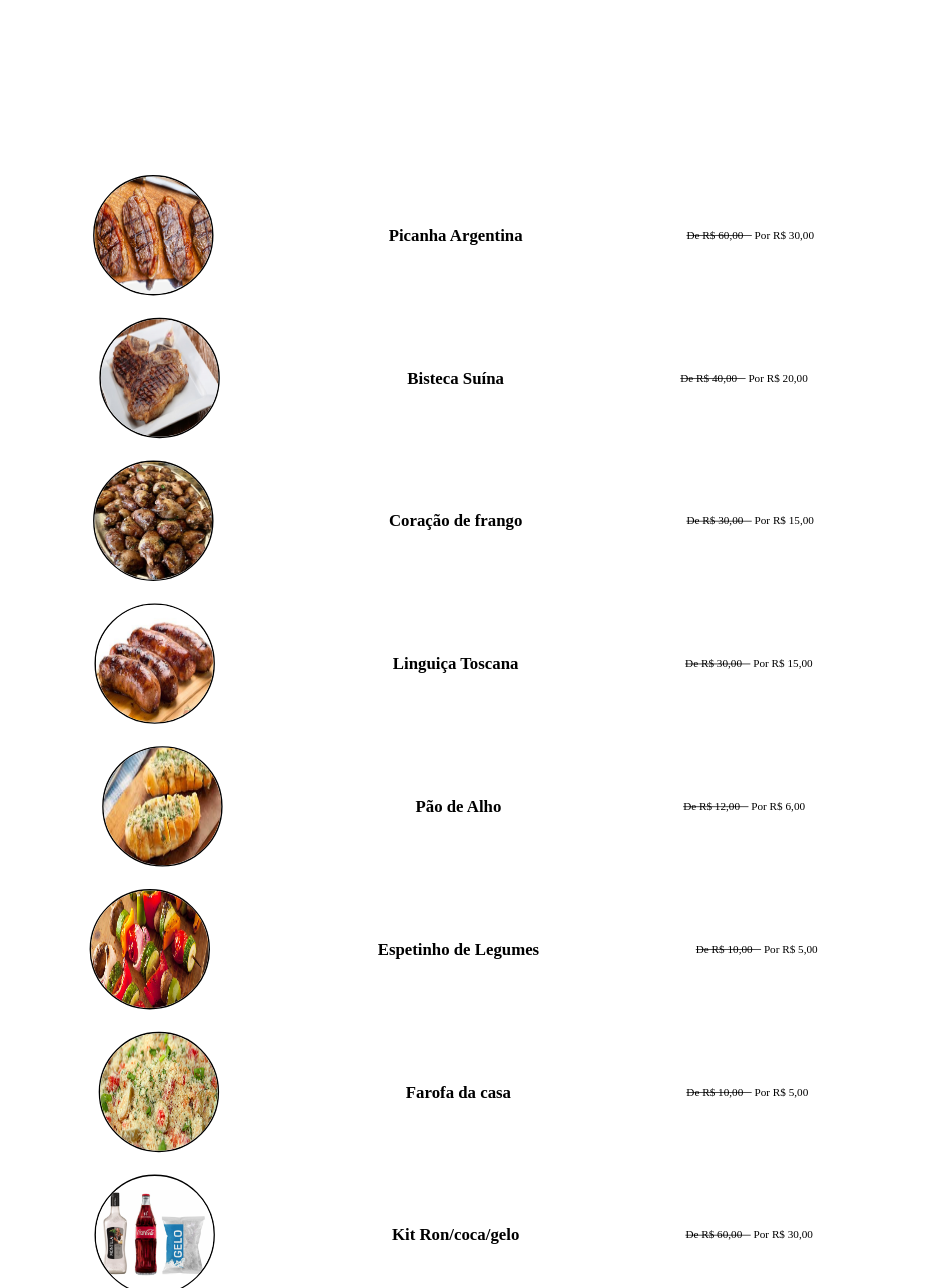
Repository: PauloMarquess/ProjetoBlackFriday
Page: index.html
The author's editor kept a copy of each file at every save. The page is drawn from the files as they stood at one save, then again after the next save.
The browser window is 1280 px wide. The page is 1330 px wide, so the pictures cover 1330 px, including what lies to the right of the window. The pictures show the part of the page from y = 1160 to 3000 px (the page is 3814 px tall before and 4174 px after), at 70% of full size.

Above is the page before, as saved 2021-07-15 19:20:02.

After the next save:
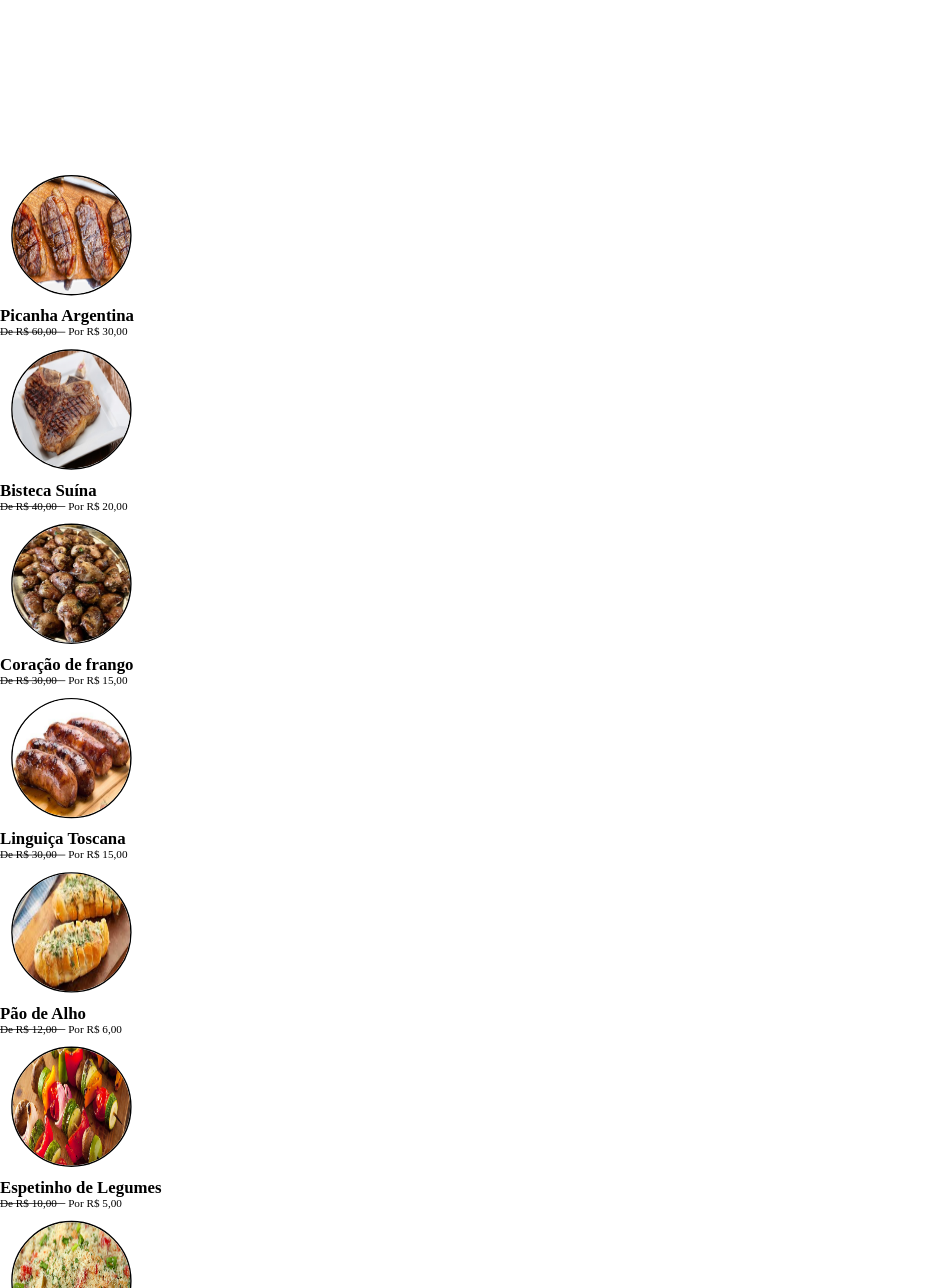
Saved 9 s later.
--- a/css/style.css
+++ b/css/style.css
@@ -90,10 +90,7 @@
      margin: 1rem;
 }
 #produtos .card {
-display: flex;
-flex-direction:row;
-justify-content: space-around;
-align-items: center;
+
 
 }
 #sobre {
